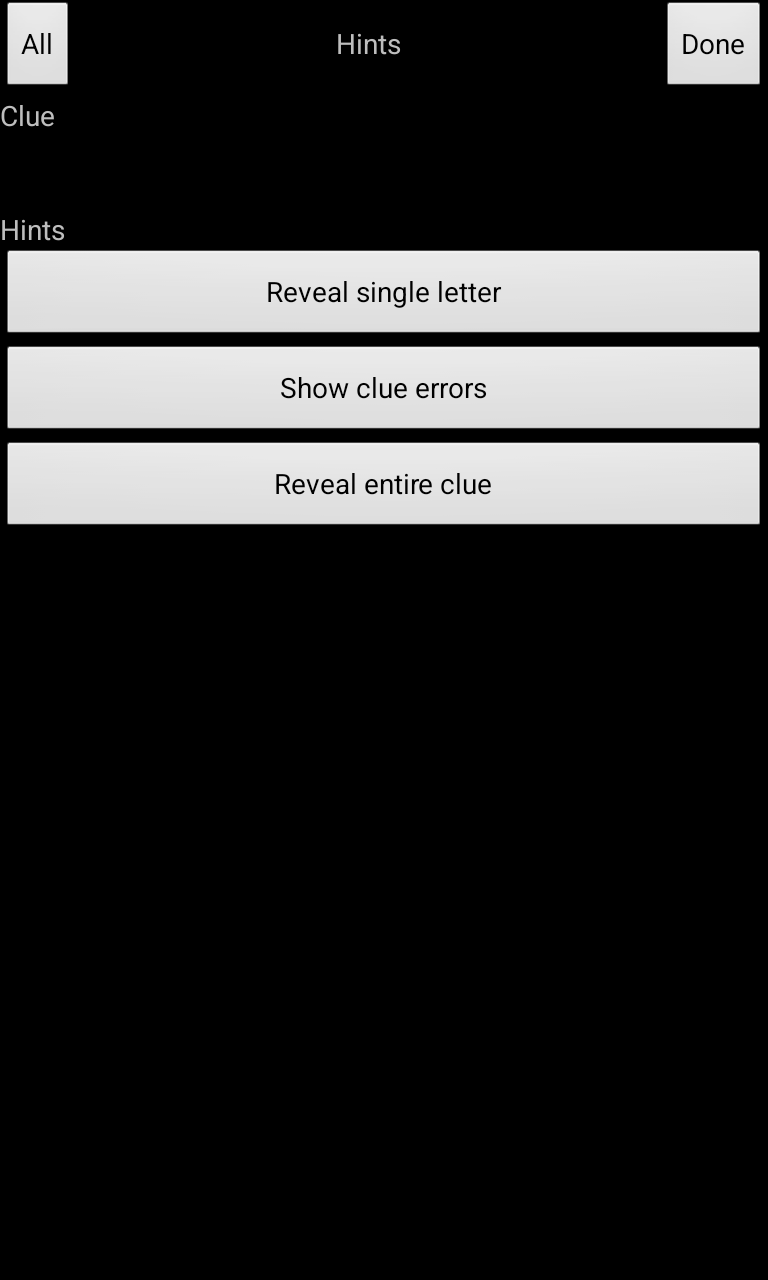
Repository: simplesns/workspace
Layout: eclipse/DEPuzzles/res/layout/crosswordshint.xml
These files come from the project's save history. The layout is drawn as it stood at one moment and after the next save; the edit follows.
It is drawn on a 768 x 1280 px phone screen (xhdpi) without system bars, with theme android:Theme; the app's code is not run.

Above is the layout before, as saved 2011-01-29 07:35:25.

### eclipse/DEPuzzles/res/layout/crosswordshint.xml
<?xml version="1.0" encoding="utf-8"?>
<LinearLayout xmlns:android="http://schemas.android.com/apk/res/android"
	android:layout_width="fill_parent" android:layout_height="fill_parent" android:orientation="vertical">
	<LinearLayout android:id="@+id/LinearLayout01"
		android:layout_height="wrap_content" android:layout_width="fill_parent">
		<Button android:id="@+id/Button01" android:layout_width="wrap_content"
			android:layout_height="wrap_content" android:text="All"></Button>
		<TextView android:id="@+id/TextView01" android:layout_width="wrap_content"
			android:layout_height="wrap_content" android:text="Hints"
			android:layout_weight="1" android:gravity="center_horizontal"></TextView>
		<Button android:id="@+id/Button02" android:layout_width="wrap_content"
			android:layout_height="wrap_content" android:text="Done"></Button>
	</LinearLayout>
	<TextView android:id="@+id/TextView02"
		android:layout_width="wrap_content" android:layout_height="wrap_content" android:text="Clue"></TextView>
<TextView android:text="@+id/TextView03" android:id="@+id/TextView03" android:layout_width="wrap_content" android:layout_height="wrap_content"></TextView>
<TextView android:text="@+id/TextView04" android:id="@+id/TextView04" android:layout_width="wrap_content" android:layout_height="wrap_content"></TextView>
<TextView android:id="@+id/TextView05" android:layout_width="wrap_content" android:layout_height="wrap_content" android:text="Hints"></TextView>
<Button android:id="@+id/Button03" android:layout_height="wrap_content" android:text="Reveal single letter" android:layout_width="fill_parent"></Button>
<Button android:id="@+id/Button04" android:layout_height="wrap_content" android:text="Show clue errors" android:layout_width="fill_parent"></Button>
<Button android:id="@+id/Button05" android:layout_height="wrap_content" android:text="Reveal entire clue" android:layout_width="fill_parent"></Button>
</LinearLayout>

After the next save:
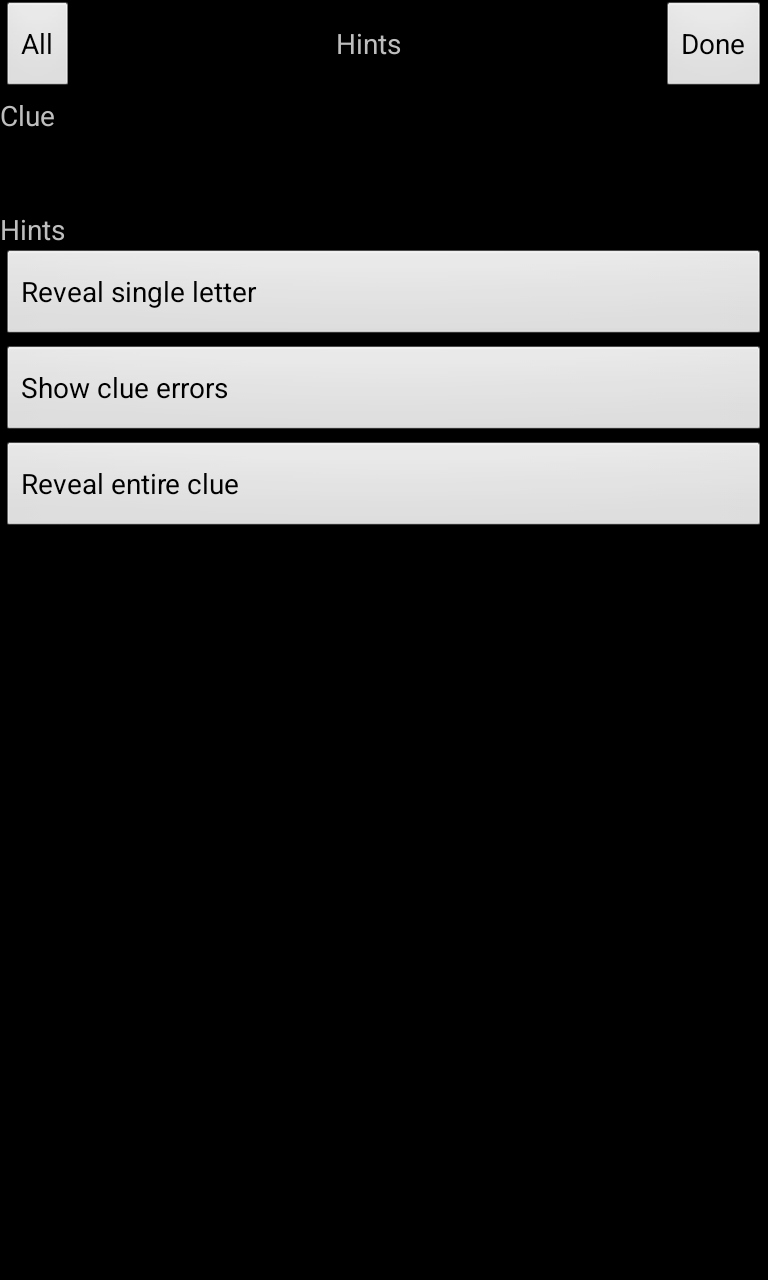
Saved 59 s later.
--- a/eclipse/DEPuzzles/res/layout/crosswordshint.xml
+++ b/eclipse/DEPuzzles/res/layout/crosswordshint.xml
@@ -16,7 +16,7 @@
 <TextView android:text="@+id/TextView03" android:id="@+id/TextView03" android:layout_width="wrap_content" android:layout_height="wrap_content"></TextView>
 <TextView android:text="@+id/TextView04" android:id="@+id/TextView04" android:layout_width="wrap_content" android:layout_height="wrap_content"></TextView>
 <TextView android:id="@+id/TextView05" android:layout_width="wrap_content" android:layout_height="wrap_content" android:text="Hints"></TextView>
-<Button android:id="@+id/Button03" android:layout_height="wrap_content" android:text="Reveal single letter" android:layout_width="fill_parent"></Button>
-<Button android:id="@+id/Button04" android:layout_height="wrap_content" android:text="Show clue errors" android:layout_width="fill_parent"></Button>
-<Button android:id="@+id/Button05" android:layout_height="wrap_content" android:text="Reveal entire clue" android:layout_width="fill_parent"></Button>
+<Button android:id="@+id/Button03" android:layout_height="wrap_content" android:text="Reveal single letter" android:layout_width="fill_parent" android:gravity="left|center_vertical"></Button>
+<Button android:id="@+id/Button04" android:layout_height="wrap_content" android:text="Show clue errors" android:layout_width="fill_parent" android:gravity="left|center_vertical"></Button>
+<Button android:id="@+id/Button05" android:layout_height="wrap_content" android:text="Reveal entire clue" android:layout_width="fill_parent" android:gravity="left|center_vertical"></Button>
 </LinearLayout>
